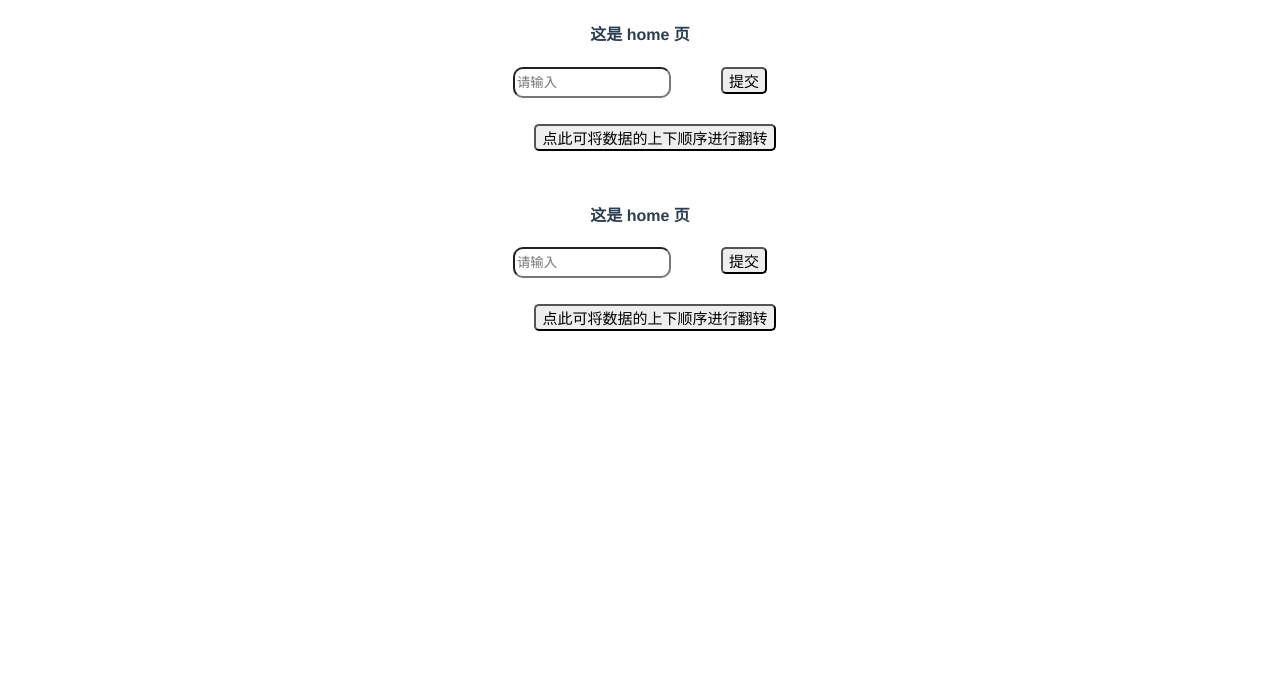
Repository: z-xy-git/demofirst
Page: /
An editor plug-in stored every save of this project. The page is shown before and after the next save, followed by the edit.
The browser window is 1280 px wide. The pictures show the whole page.
The project was rebuilt for these pictures with package versions that can differ from the ones it lists, and the page was loaded fresh each time.

Above is the page before, as saved 2021-02-25 15:36:04.

### src/App.vue
<template>
  <div id="app">
    <router-view/>
    <router-view/>
  </div>
</template>

<style>
#app {
  font-family: Avenir, Helvetica, Arial, sans-serif;
  -webkit-font-smoothing: antialiased;
  -moz-osx-font-smoothing: grayscale;
  text-align: center;
  color: #2c3e50;
}

#nav {
  padding: 30px;
}

#nav a {
  font-weight: bold;
  color: #2c3e50;
}

#nav a.router-link-exact-active {
  color: #42b983;
}
</style>

### src/router/index.js
import Vue from 'vue'
import VueRouter from 'vue-router'
import Home from '../views/Home.vue'
import ShowData from '../views/ShowData.vue'

Vue.use(VueRouter)

const routes = [
  {
    path: '/',
    name: 'Home',
    components: {
      default: Home,
      a:ShowData
    }
  },
  // {
    // path: '/showData',
    // name: 'ShowData',
    // route level code-splitting
    // this generates a separate chunk (about.[hash].js) for this route
    // which is lazy-loaded when the route is visited.
    // component: () => import(/* webpackChunkName: "about" */ '../views/ShowData.vue')
  // }
]

const router = new VueRouter({
  mode: 'history',
  base: process.env.BASE_URL,
  routes
})

export default router

### src/store/index.js
import Vue from 'vue'
import Vuex from 'vuex'

Vue.use(Vuex)

export default new Vuex.Store({
  state: {
    dataArr:[]
  },
  mutations: {
  },
  actions: {
  },
  modules: {
  }
})

### src/views/Home.vue
<template>
  <div class="home">
    <h4>这是 home 页</h4>
    <input type="text" v-model="inputData" placeholder="请输入" class="input-style">
    <button @click="btnclick" class="btn-style">提交</button>
    <div>
      <button @click="reverseItemData" class="btn-style">点此可将数据的上下顺序进行翻转</button>
    </div>
    <!-- <div class="show-data">
      <p class="p" v-for="(item,index) in inputDataArr" :key="index">{{item}}</p>
    </div> -->
    <!-- <router-view/> -->
  </div>
</template>

<script>
// @ is an alias to /src

export default {
  name: 'Home',
  components: {
  },
  data(){
    return{
      inputData: '',
      inputDataArr: []
    }
  },
  methods:{
    btnclick() {
      // this.$router.push('/about');
      console.log(this.inputData);
      this.inputDataArr.push(this.inputData);
    },
    reverseItemData(){
      this.inputDataArr.reverse();
    }
  }
}
</script>
<style>
  .input-style{
    margin-right: 20px;
    outline: none;
    border-radius: 10px;
    width: 150px;
    height: 25px;
  }
  .btn-style{
    margin: 0 0 30px 30px;
    outline: none;
    border-radius: 5px;
    background-color: #eee;
    font-size: 15px;
  }
  .show-data{
    position: absolute;
    left: 20px;
    top: 50px;
    width: 300px;
    height: 600px;
    background-color: #888;
    color: #fff;
  }
</style>

### src/views/ShowData.vue
<template>
  <div class="show-data">
    <h4>show-data</h4>
    <p class="p" v-for="(item,index) in this.dataArr" :key="index">{{item}}</p>
  </div>
</template>

<script>
import {mapState} from 'vuex'

export default {
  name:'ShowData',
  computed:{
    ...mapState(['dataArr'])
  }
}
</script>

<style>
.show-data{
    position: absolute;
    left: 20px;
    top: 50px;
    width: 300px;
    height: 600px;
    background-color: #888;
    color: #fff;
  }
</style>

Loaded but not shown: public/index.html (common file); src/main.js (common file)

After the next save:
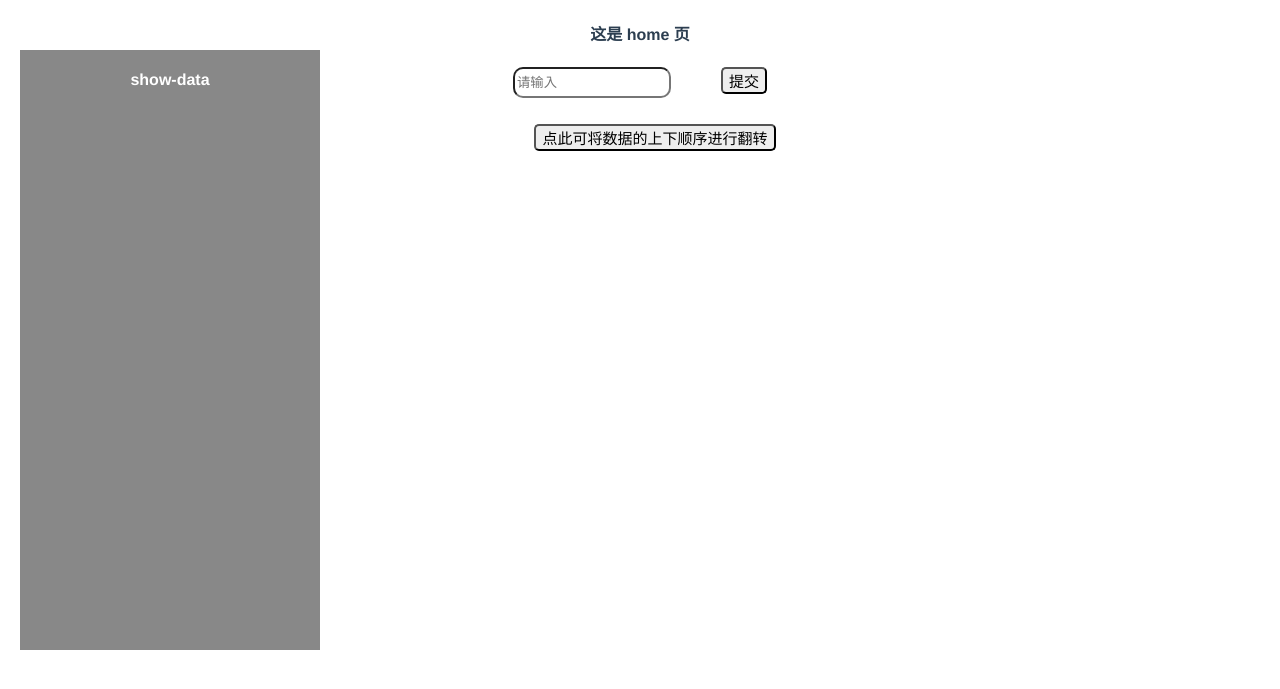
Saved 29 s later.
--- a/src/App.vue
+++ b/src/App.vue
@@ -1,7 +1,7 @@
 <template>
   <div id="app">
     <router-view/>
-    <router-view/>
+    <router-view name="a"/>
   </div>
 </template>
 
